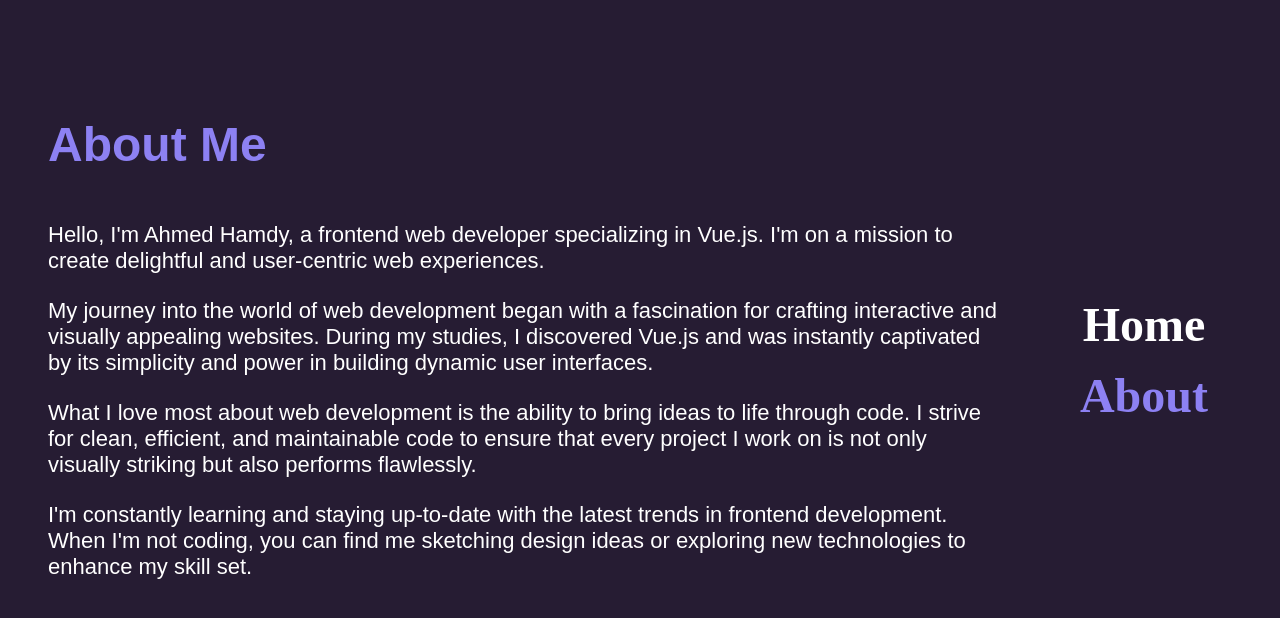
Repository: ahamdy997/portfolio
Page: /about
These files come from the project's save history. The page is drawn as it stood at one moment and after the next save; the edit follows.
The browser window is 1280 px wide. The pictures show the whole page.
The project was rebuilt for these pictures with package versions that can differ from the ones it lists, and the page was loaded fresh each time. Also part of the build but not shown: vue.config.js, src/components/HelloWorld.vue, src/views/HomeView.vue.

Above is the page before, as saved 2023-11-06 00:02:52.

After the next save:
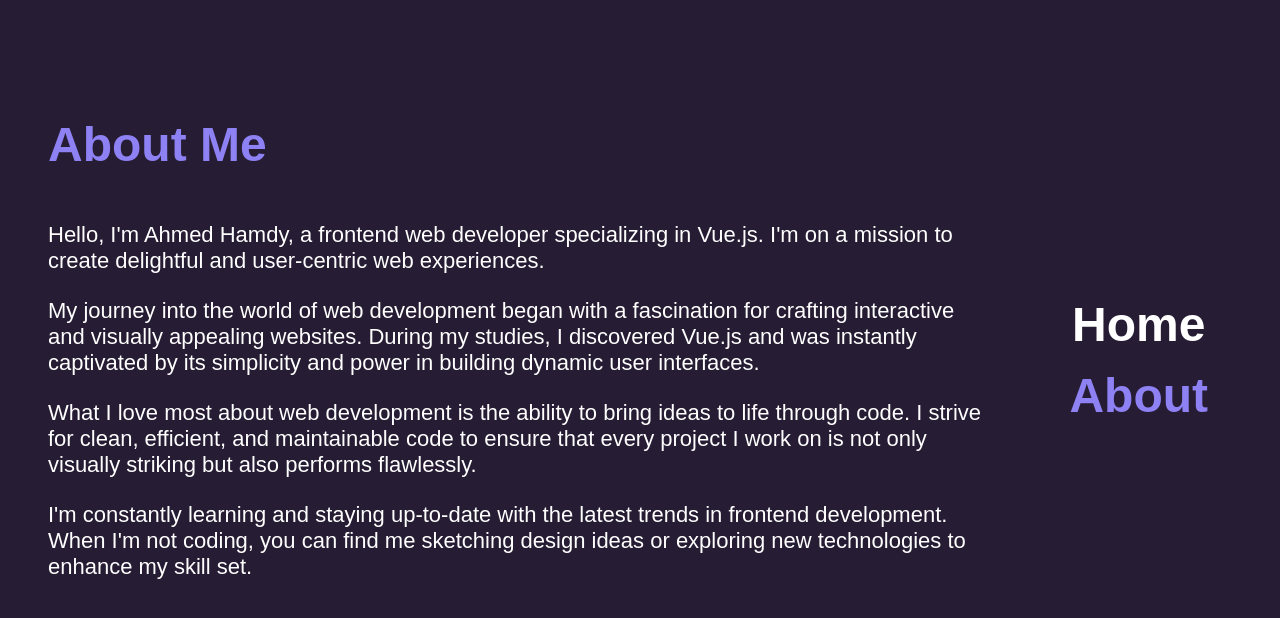
Saved 96 s later.
--- a/src/App.vue
+++ b/src/App.vue
@@ -50,7 +50,7 @@ body {
   color: #fff;
 }
 nav a {
-  font-family: serif;
+  /* font-family: serif; */
   font-weight: bold;
   color: #fff;
   text-decoration: none;

After the save that followed:
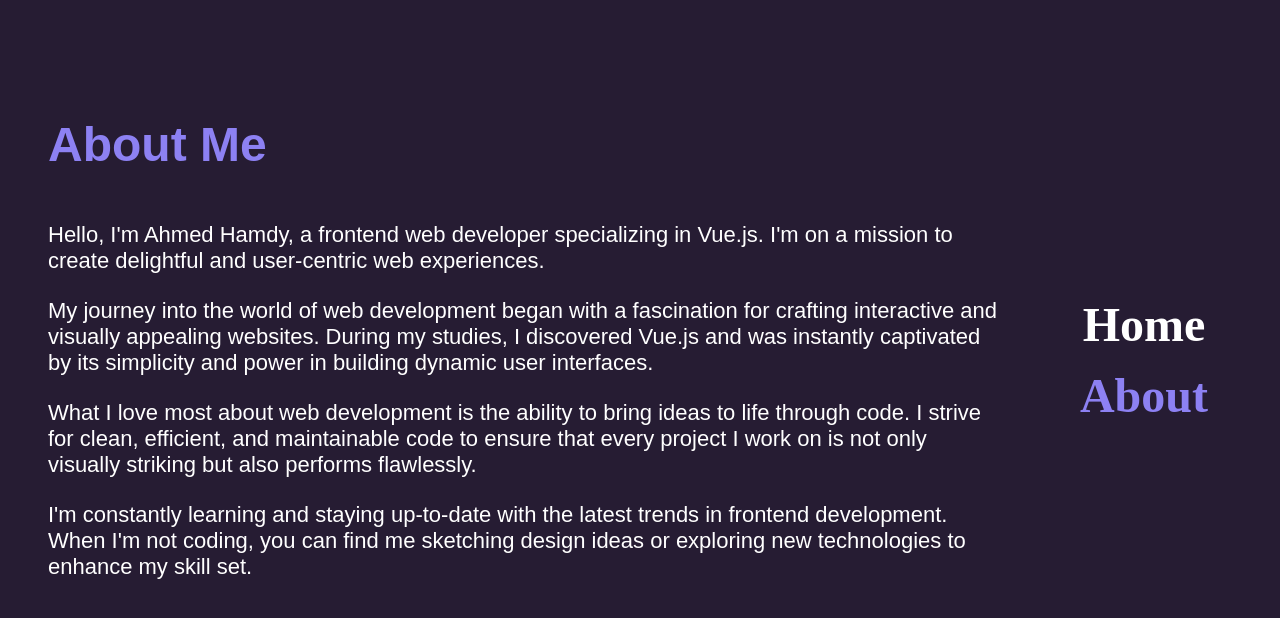
Saved 8 s later.
--- a/src/App.vue
+++ b/src/App.vue
@@ -50,7 +50,7 @@ body {
   color: #fff;
 }
 nav a {
-  /* font-family: serif; */
+  font-family: serif;
   font-weight: bold;
   color: #fff;
   text-decoration: none;
